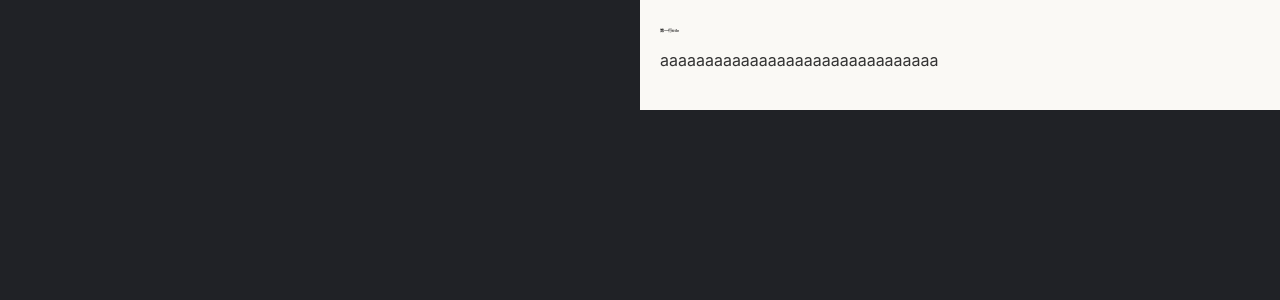
Repository: GuinsooRocky/-Technology-sharing-rocky
Page: /catalog
These files come from the project's save history. The page is drawn as it stood at one moment and after the next save; the edit follows.
The browser window is 1280 px wide. The pictures show the whole page.
The project was rebuilt for these pictures with package versions that can differ from the ones it lists, and the page was loaded fresh each time. Also part of the build but not shown: src/pages/Home/home.less, src/component/Fault/fault.less, src/component/Fault/faultMad.tsx, src/pages/Home/home.tsx.

Above is the page before, as saved 2020-09-20 11:09:09.

After the next save:
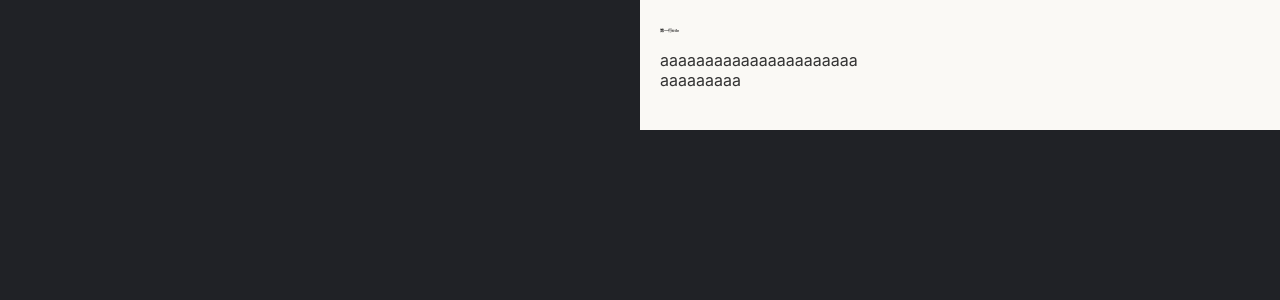
Saved 89 s later.
--- a/src/pages/Catalog/catalog.less
+++ b/src/pages/Catalog/catalog.less
@@ -46,6 +46,7 @@
     }
     p {
       display: block;
+      word-wrap: break-word;
       margin-block-start: 1em;
       margin-block-end: 1em;
       margin-inline-start: 0px;
